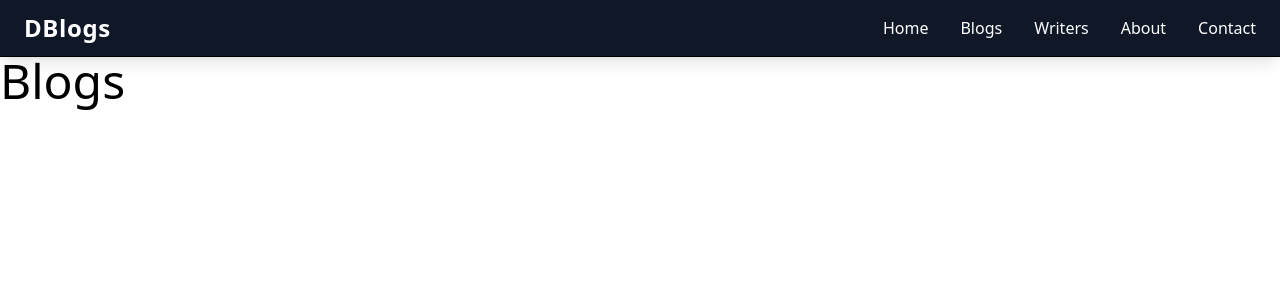
Repository: Devanshk9/DBlogs
Page: /blogs (app in client/)
These files come from the project's save history. The page is drawn as it stood at one moment and after the next save; the edit follows.
The browser window is 1280 px wide. The pictures show the whole page.
The page's requests for data from a server got no answer. The project was rebuilt for these pictures with package versions that can differ from the ones it lists, and the page was loaded fresh each time. No one was signed in, and anything a server would have sent is missing. Also part of the build but not shown: client/vite.config.js, client/src/pages/Writers.jsx.

Above is the page before, as saved 2025-08-31 21:11:22.

After the next save:
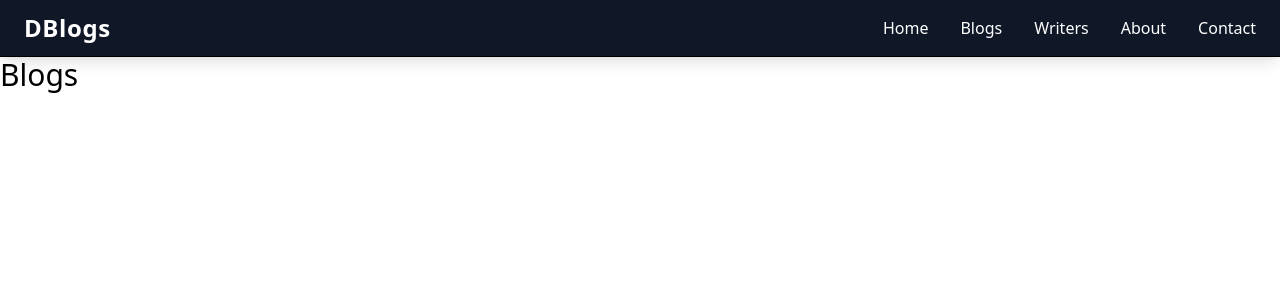
Saved 5 s later.
--- a/client/src/pages/Blogs.jsx
+++ b/client/src/pages/Blogs.jsx
@@ -12,7 +12,7 @@
 
   return (
     <div>
-      <h1 className="text-5xl">Blogs</h1>
+      <h1 className="text-3xl">Blogs</h1>
       {blogs.map(b => (
         <div key={b.blog_id}>
           <h2>{b.title}</h2>
